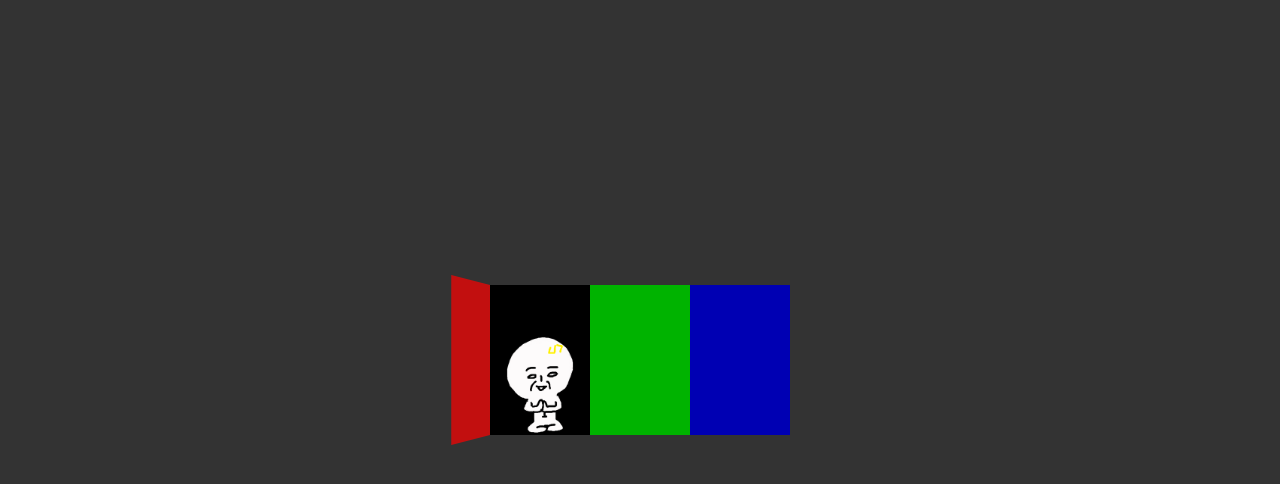
Repository: ggandory/interactiveweb
Page: Interactive_section6_doors/index.html
An editor plug-in stored every save of this project. The page is shown before and after the next save, followed by the edit.
The browser window is 1280 px wide. The pictures show the whole page.

Above is the page before, as saved 2024-10-08 16:02:50.

After the next save:
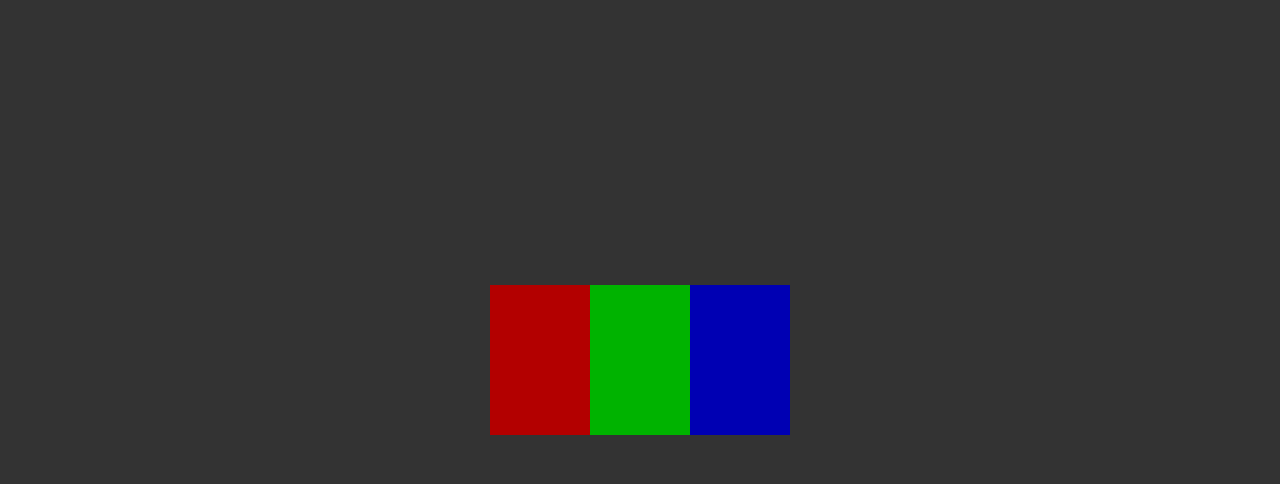
Saved 7 s later.
--- a/Interactive_section6_doors/index.html
+++ b/Interactive_section6_doors/index.html
@@ -101,7 +101,7 @@
 
 <body>
 	<div class="stage">
-		<div class="door door-opened">
+		<div class="door">
 			<div class="door-back">
 				<div class="ilbuni"></div>
 			</div>
